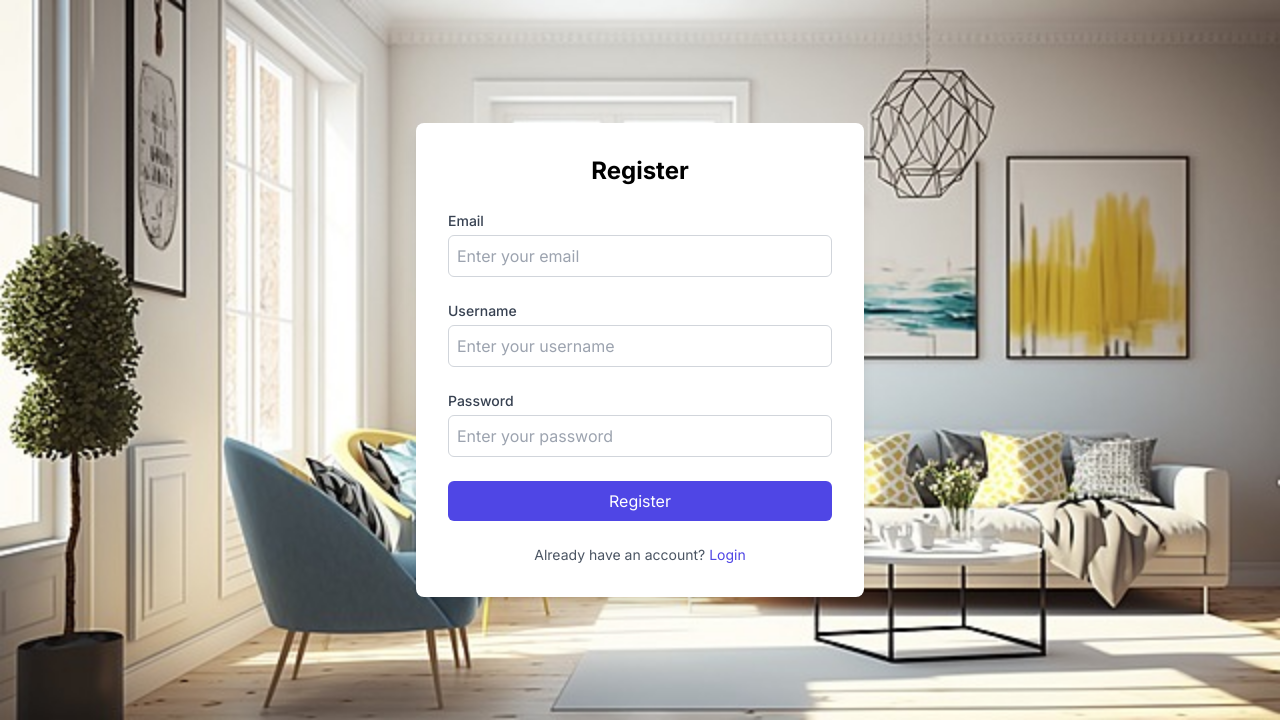
Repository: NassimeElkamari/Horizon-Housing
Page: /register
The author's editor kept a copy of each file at every save. The page is drawn from the files as they stood at one save, then again after a run of saves.
The browser window is 1280 px wide. The pictures show the whole page.
The project was rebuilt for these pictures with package versions that can differ from the ones it lists, and the page was loaded fresh each time. The framework's server and built-in components were replaced by stand-ins that run in the browser. Also part of the build but not shown: next.config.mjs.

Above is the page before, as saved 2024-08-28 21:45:41.

After the next 2 saves:
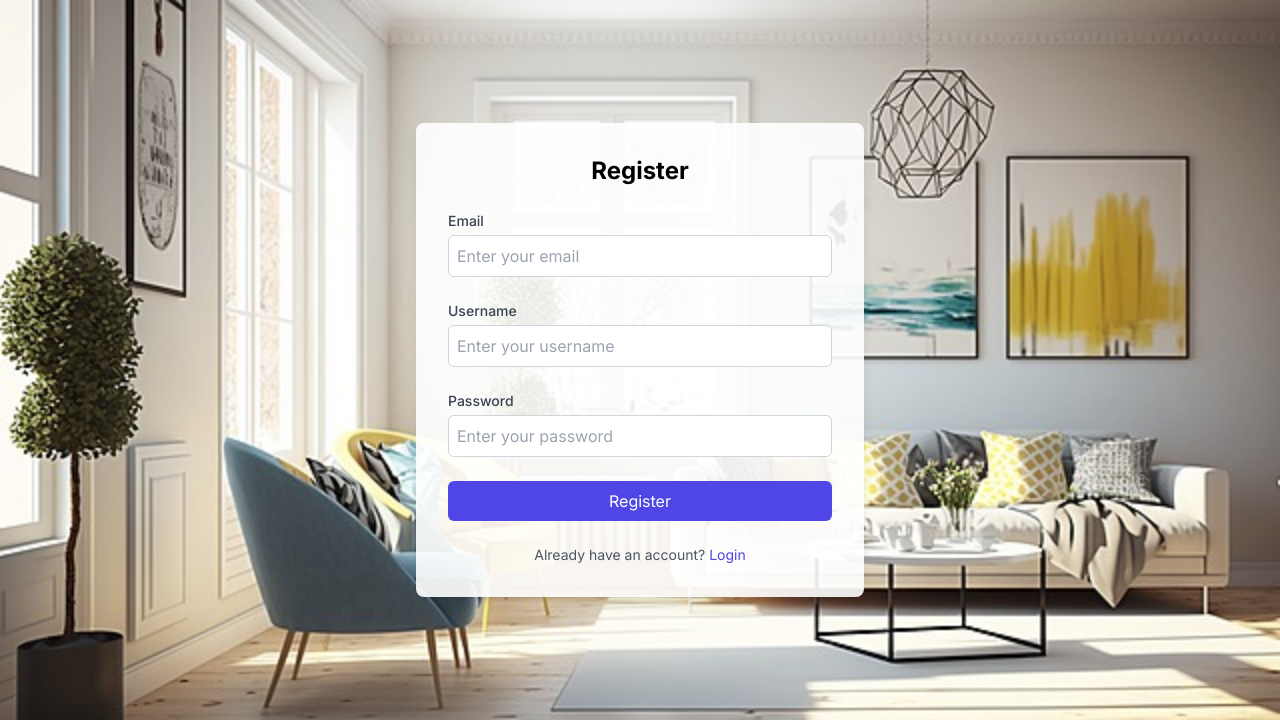
The 2 saves are shown as one change because they came seconds apart.
The last was saved 20 s later.
--- a/src/app/register/page.tsx
+++ b/src/app/register/page.tsx
@@ -33,7 +33,7 @@ const RegisterPage = () => {
 
   return (
     <div className="min-h-screen bg-gray-100 flex items-center justify-center bg-cover"   style={{ backgroundImage: "url('/bg2.jpg')" }}>
-      <div className="bg-white p-8 rounded-lg shadow-lg w-full max-w-md">
+      <div className="bg-white p-8 rounded-lg shadow-lg w-full max-w-md bg-opacity-90">
         <h2 className="text-2xl font-bold mb-6 text-center">Register</h2>
         {error && <p className="text-red-500 text-center mb-4">{error}</p>}
         <form onSubmit={handleSubmit} className="space-y-6">
